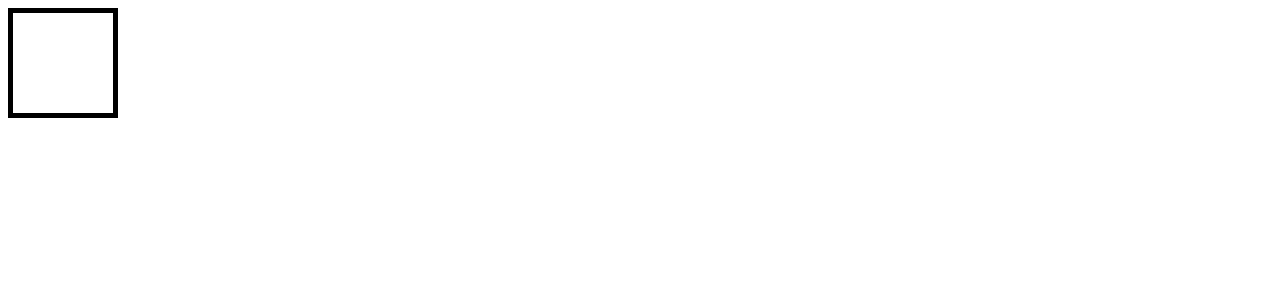
Repository: hojohe/bit-java
Page: 07_css/WebContent/14_transform/06_connect.html
The author's editor kept a copy of each file at every save. The page is drawn from the files as they stood at one save, then again after the next save.
The browser window is 1280 px wide. The pictures show the whole page.

Above is the page before, as saved 2017-01-25 01:56:00.

### 07_css/WebContent/14_transform/06_connect.html
<!DOCTYPE html>
<html>
<head>
    <title>CSS3 Transform Basic</title>
    <style>
    	section {
    	width: 100px; height:100px;
    		border: 5px solid black;
    	}
    	div {
    		width: 100px; height:100px;
    	}
    </style>
</head>
<body>
    <section>
        <div></div>
    </section>
</body>
</html>

After the next save:
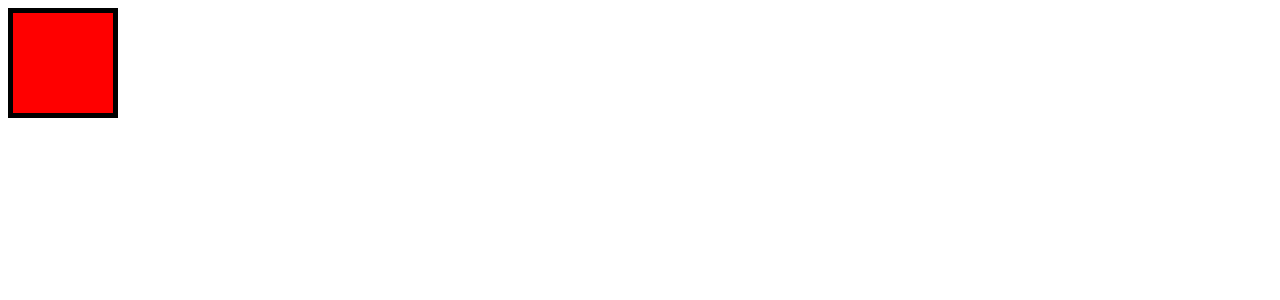
Saved 4 s later.
--- a/07_css/WebContent/14_transform/06_connect.html
+++ b/07_css/WebContent/14_transform/06_connect.html
@@ -9,6 +9,7 @@
     	}
     	div {
     		width: 100px; height:100px;
+    		background: red;
     	}
     </style>
 </head>
